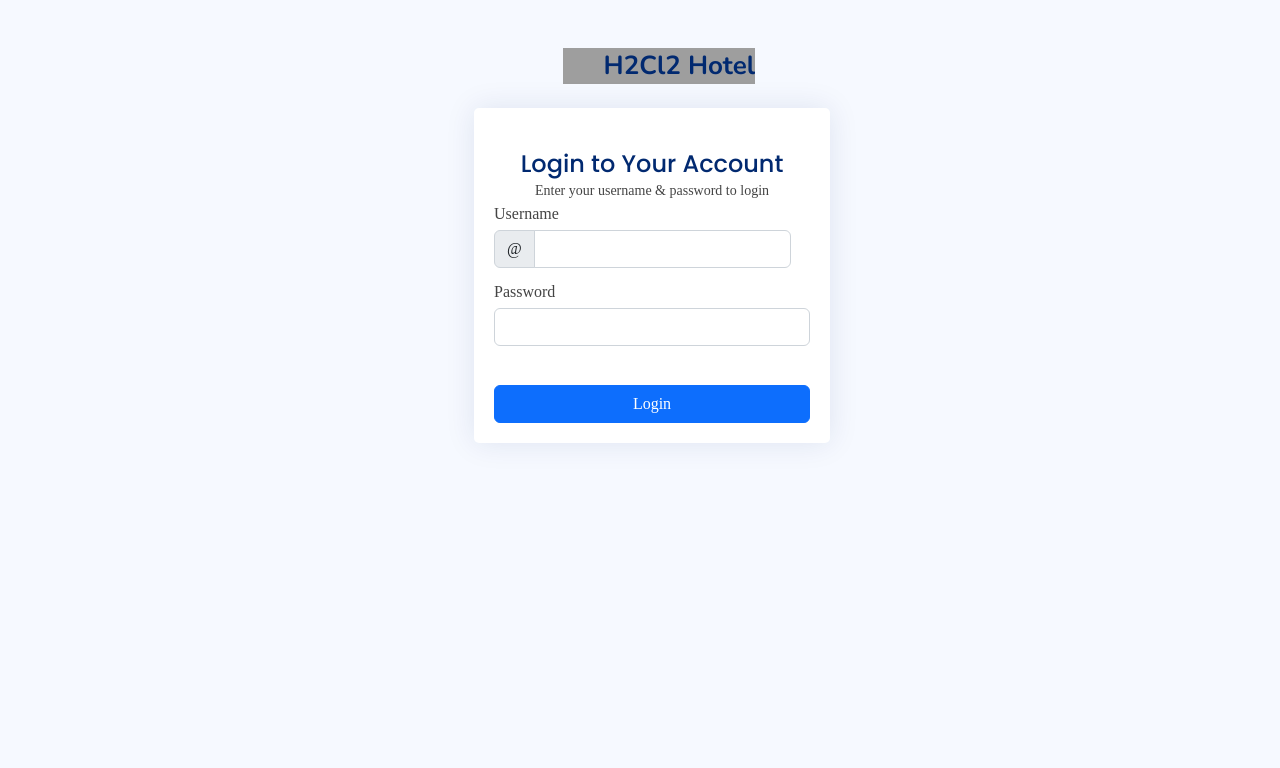
Repository: DAOVANLOI2K1/Project_Nh-m2
Page: / (app in my-app/)
An editor plug-in stored every save of this project. The page is shown before and after a run of saves, followed by the edit.
The browser window is 1280 px wide. The pictures show the whole page.
Pictures or frames that could not be fetched are drawn as grey boxes. Some web fonts or font styles are not loaded; a fallback is used. Some web libraries are served in a nearby version. The project was rebuilt for these pictures with package versions that can differ from the ones it lists, and the page was loaded fresh each time. A package was used in the major version that the imports need, not the one package.json lists. Some packages were replaced by stand-ins written for this rebuild. Also part of the build but not shown: my-app/src/App.css, my-app/src/Components/Guest/Guest.js, my-app/src/Components/Service/ServiceForm.js, my-app/src/Components/Service/ServiceEditForm.js, my-app/src/Components/Service/ServiceList.js, my-app/src/Components/Service/Service.js, my-app/src/Components/Account/FormAccount.js, my-app/src/Components/Account/AccountList.js and 16 more.

Above is the page before, as saved 2023-02-22 02:48:46.

After the next 6 saves:
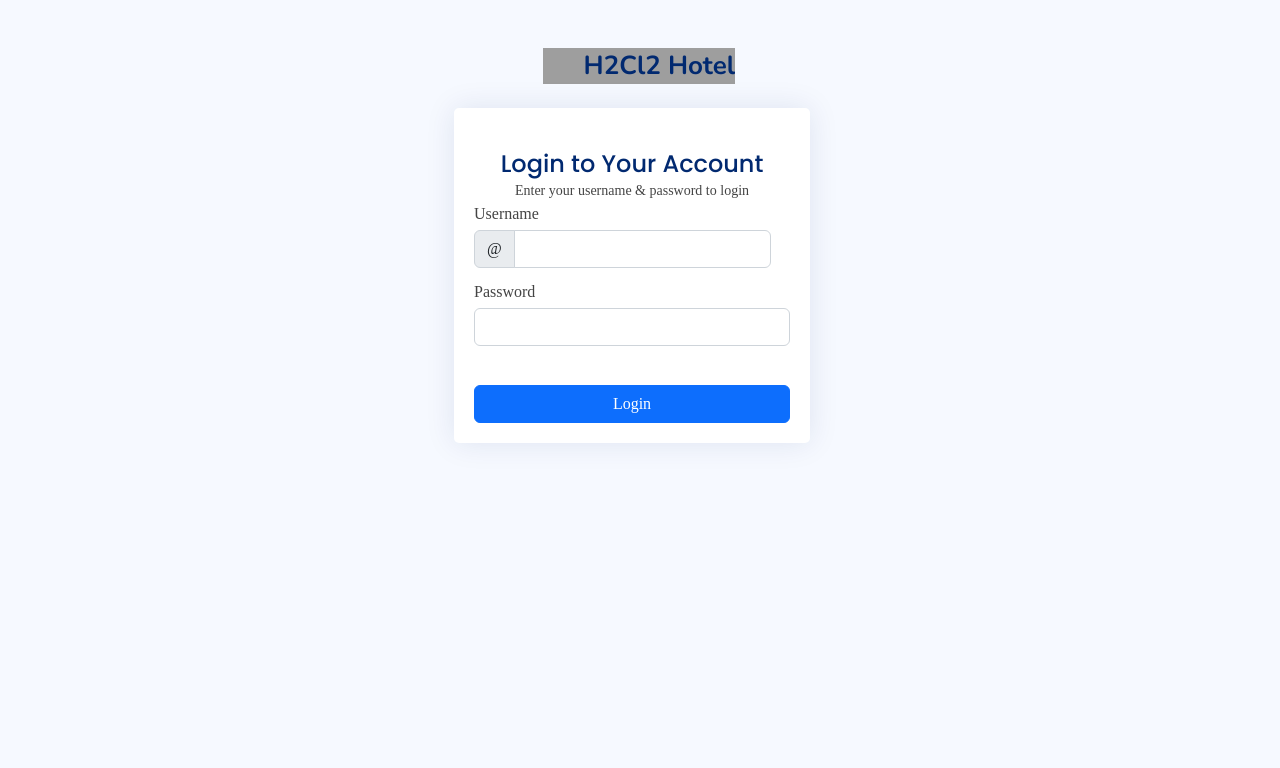
The 6 saves are shown as one change because they came seconds apart.
The last was saved 19 s later.
--- a/my-app/public/css/Service.css
+++ b/my-app/public/css/Service.css
@@ -10,5 +10,5 @@
     bottom: 0;
 }
 .container{
-
+    transform: translateX(-10px);
 }
